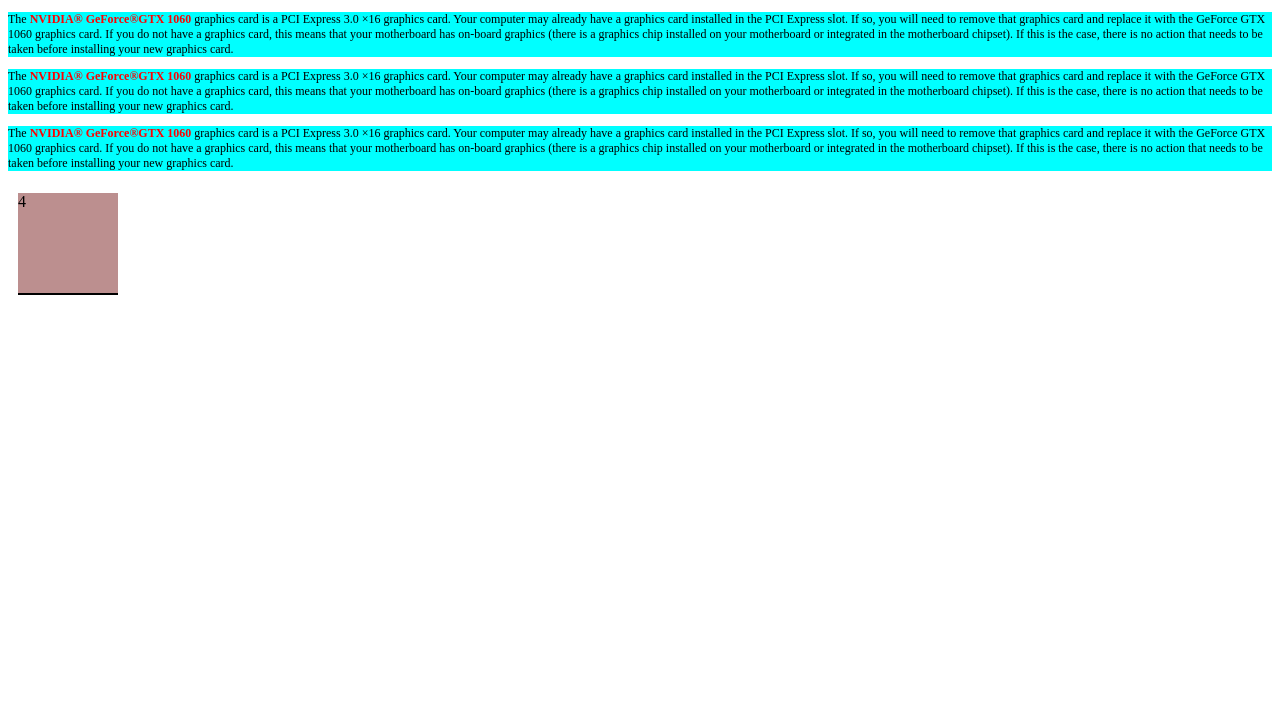
Repository: Gumiin/studia
Page: index.html
These files come from the project's save history. The page is drawn as it stood at one moment and after the next save; the edit follows.
The browser window is 1280 px wide. The pictures show the whole page.

Above is the page before, as saved 2021-03-10 17:54:47.

After the next save:
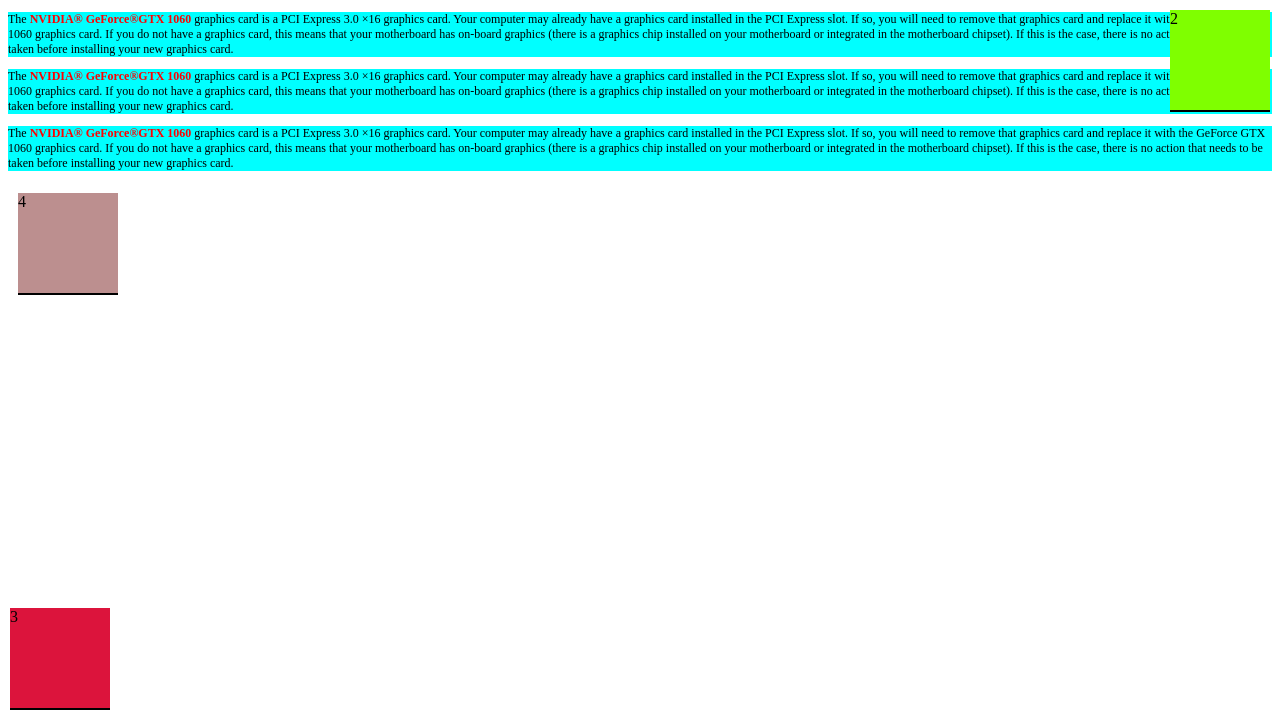
Saved 54 s later.
--- a/style.css
+++ b/style.css
@@ -22,11 +22,13 @@ div{
 }
 #a2{
     background-color: chartreuse;
-    position :left;
+    top: 0px;
+    right: 0px;
 }
 #a3{
     background-color: crimson;
-    position :left;
+    bottom: 0px;
+    left: 0px;
 }
 #a5{
     background-color: darkgreen;
